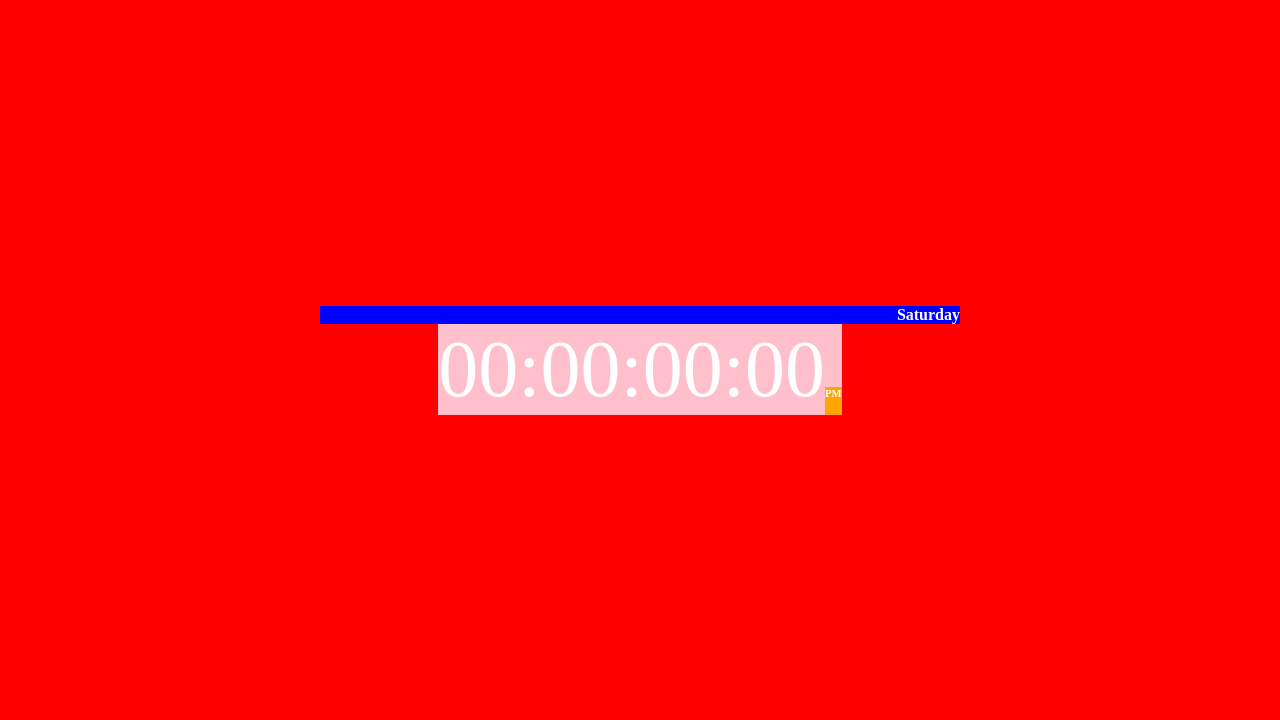
Repository: EguJaredoBoyd/Jared-Digital-Clock
Page: index.html
An editor plug-in stored every save of this project. The page is shown before and after the next save, followed by the edit.
The browser window is 1280 px wide. The pictures show the whole page.

Above is the page before, as saved 2026-01-03 23:16:56.

After the next save:
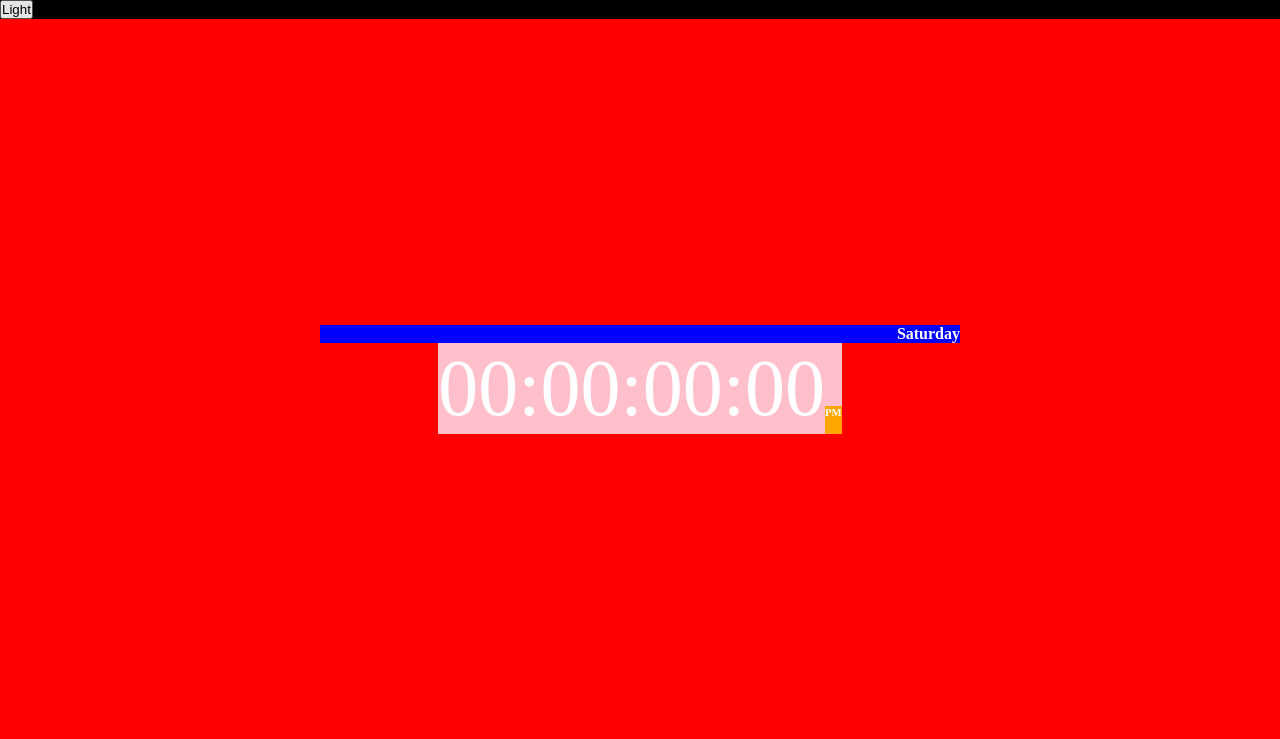
Saved 2 min 40 s later.
--- a/index.html
+++ b/index.html
@@ -7,6 +7,10 @@
     <link rel="stylesheet" href="./css/styles.css" />
   </head>
   <body>
+    <header>
+      <button>Light</button>
+    </header>
+
     <div class="watch-container">
       <div class="watch-container__day">
         <h4>Saturday</h4>
